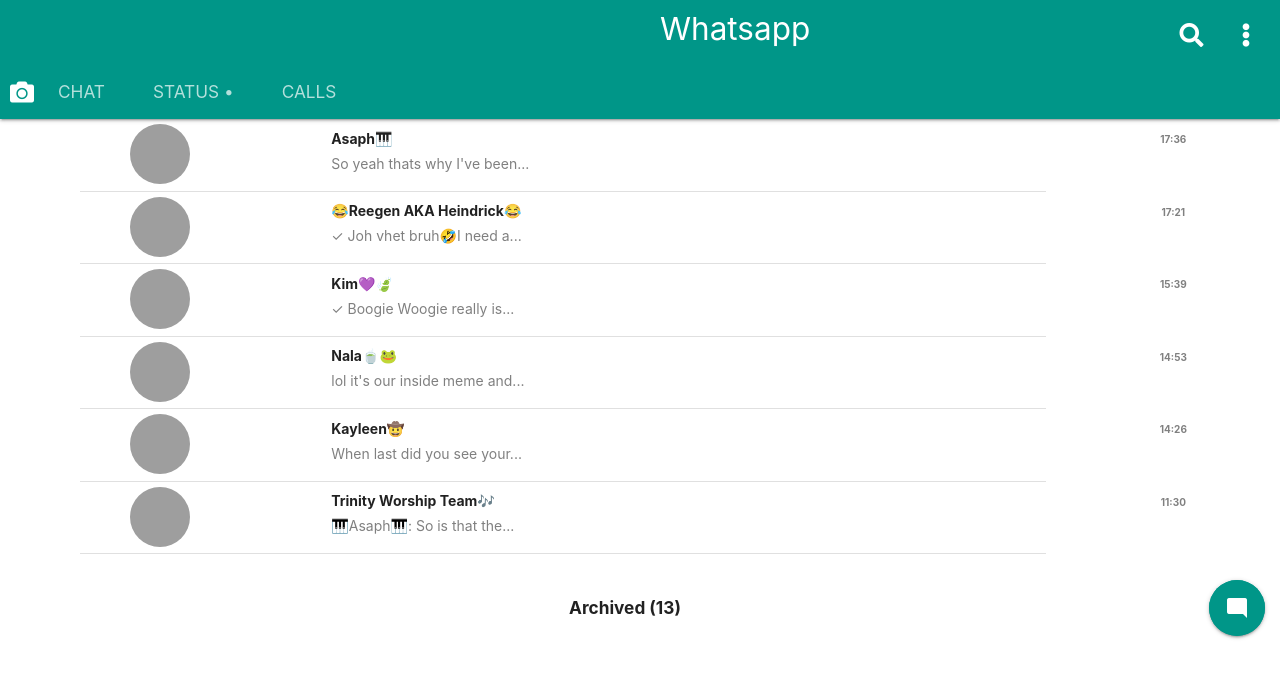
Repository: Ajtheult/Whatsapp_recreation
Page: /calls
The author's editor kept a copy of each file at every save. The page is drawn from the files as they stood at one save, then again after the next save.
The browser window is 1280 px wide. The pictures show the whole page.
Pictures or frames that could not be fetched are drawn as grey boxes. The project was rebuilt for these pictures with package versions that can differ from the ones it lists, and the page was loaded fresh each time. Also part of the build but not shown: src/components/layout/pages/ChatMenu.js, src/components/layout/pages/StatusMenu.js, src/components/layout/pages/preapp/LandingPage.js.

Above is the page before, as saved 2020-08-03 10:36:29.

### public/index.html
<!DOCTYPE html>
<html lang="en">
  <head>
    <meta charset="utf-8" />
    <link rel="icon" href="%PUBLIC_URL%/favicon.ico" />
    <meta name="viewport" content="width=device-width, initial-scale=1" />
    <meta name="theme-color" content="#000000" />
    <meta
      name="description"
      content="Web site created using create-react-app"
    />
    <link
      rel="stylesheet"
      href="https://use.fontawesome.com/releases/v5.7.2/css/all.css"
      integrity="sha384-fnmOCqbTlWIlj8LyTjo7mOUStjsKC4pOpQbqyi7RrhN7udi9RwhKkMHpvLbHG9Sr"
      crossorigin="anonymous"
    />
    <link
      href="https://fonts.googleapis.com/icon?family=Material+Icons"
      rel="stylesheet"
    />
    <script src="https://cdnjs.cloudflare.com/ajax/libs/materialize/1.0.0/js/materialize.min.js"></script>

    <link rel="manifest" href="%PUBLIC_URL%/manifest.json" />

    <title>Whatsapp App</title>
  </head>
  <body>
    <noscript>You need to enable JavaScript to run this app.</noscript>
    <div id="root"></div>
  </body>
</html>

### src/index.js
import React from "react";
import ReactDOM from "react-dom";
import "materialize-css/dist/css/materialize.min.css";
import App from "./App";

ReactDOM.render(
  <React.StrictMode>
    <App />
  </React.StrictMode>,
  document.getElementById("root")
);

### src/App.js
import React from "react";
import ChatMenu from "./components/layout/pages/ChatMenu";
import StatusMenu from "./components/layout/pages/StatusMenu";
import CallMenu from "./components/layout/pages/CallMenu";
import LandingPage from "./components/layout/pages/preapp/LandingPage";
import { BrowserRouter as Router, Switch, Route } from "react-router-dom";
import "./App.css";

function App() {
  return (
    <Router>
      <div className="App">
        <Switch>
          <Route exact path="/" component={LandingPage} />
          <Route path="/chat" component={ChatMenu} />
          <Route path="/status" component={StatusMenu} />
          <Route path="/calls" component={CallMenu} />
        </Switch>
      </div>
    </Router>
  );
}

export default App;

### src/components/layout/pages/CallMenu.js
import React, { useState } from "react";
import Navbar from "../navbar/Navbar";
import { Link } from "react-router-dom";
import "../../../App.css";
const CallMenu = () => {
  const [contacts] = useState([
    {
      img:
        "https://scontent.fcpt7-1.fna.fbcdn.net/v/t1.0-9/106269353_921949158282689_2965407331543375300_n.jpg?_nc_cat=101&_nc_sid=730e14&_nc_ohc=LtsdmLQqirkAX8xdEQS&_nc_ht=scontent.fcpt7-1.fna&oh=8d6c4155d2143c2f96fc2819c02f45ea&oe=5F4C0589",
      name: "Asaph🎹",
      message: "So yeah thats why I've been...",
      time: "17:36",
    },
    {
      img:
        "https://scontent.fcpt7-1.fna.fbcdn.net/v/t1.0-9/116707589_942788272865444_6787909632624596434_n.jpg?_nc_cat=105&_nc_sid=8bfeb9&_nc_ohc=HgV5qHSEVm0AX8XvP1B&_nc_ht=scontent.fcpt7-1.fna&oh=73ad4663ca58cb26d83f1aa79b9813db&oe=5F4CB6B6",
      name: "😂Reegen AKA Heindrick😂",
      message: "✓ Joh vhet bruh🤣I need a...",
      time: "17:21",
    },
    {
      img:
        "https://scontent.fcpt7-1.fna.fbcdn.net/v/t1.0-9/116686514_942788292865442_1099744020463292871_n.jpg?_nc_cat=100&_nc_sid=8bfeb9&_nc_ohc=7YrcIBYlA4oAX_8YBwD&_nc_ht=scontent.fcpt7-1.fna&oh=6064303e42f695ce8e5785a71af9fa3d&oe=5F4CBD3B",
      name: "Kim💜🍃",
      message: "✓ Boogie Woogie really is...",
      time: "15:39",
    },
    {
      img:
        "https://scontent.fcpt7-1.fna.fbcdn.net/v/t1.0-9/116914428_942788286198776_8862159367019768073_n.jpg?_nc_cat=104&_nc_sid=8bfeb9&_nc_ohc=xCaClC3c-s4AX-cYpKL&_nc_ht=scontent.fcpt7-1.fna&oh=d9c9f24a21faefe58886e688cf40ba21&oe=5F4AF1A6",
      name: "Nala🍵🐸",
      message: "lol it's our inside meme and...",
      time: "14:53",
    },
    {
      img:
        "https://scontent.fcpt7-1.fna.fbcdn.net/v/t1.0-9/116721653_942788282865443_1702655637001663442_n.jpg?_nc_cat=105&_nc_sid=8bfeb9&_nc_ohc=8Vv0jOKlAsIAX_PSI0r&_nc_ht=scontent.fcpt7-1.fna&oh=0cef53b374c2ba60ec66516ae3fb1cf7&oe=5F4AD372",
      name: "Kayleen🤠",
      message: "When last did you see your...",
      time: "14:26",
    },
    {
      img:
        "https://cdn.pixabay.com/photo/2017/08/27/22/29/abstract-2687792_960_720.png",
      name: "Trinity Worship Team🎶",
      message: "🎹Asaph🎹: So is that the...",
      time: "11:30",
    },
  ]);
  return (
    <div>
      <Navbar />

      {/* Chats-Try to implement state */}
      <div className="row">
        {contacts.map((contact, idx) => (
          <div key={idx}>
            <div className="col s3">
              <img
                className="profile_pictures"
                src={contact.img}
                alt={contact.name}
              />
            </div>
            <div className="col s7 chat_menu_text">
              <h6 className="contact_name_cm">{contact.name}</h6>
              <p className="contact_menu_messages">{contact.message}</p>
            </div>
            <div className="col s2 cm_time">{contact.time}</div>
            <div className="divider decrease_height" />
          </div>
        ))}
      </div>

      {/* Bottom of page */}

      <h6 className="move_message_icon_in_chat_menu">
        <p className="make_archive_bold">Archived (13)</p>
        <Link to="#contacts">
          <button className="btn-floating btn-large waves-effect waves-light teal right move_contact_icon_abit_up pulse">
            <i className="material-icons">mode_comment</i>
          </button>
        </Link>
      </h6>
    </div>
  );
};

export default CallMenu;

### src/App.css
.App {
  text-align: center;
}

.move_logo_of_whatsapp {
  margin-left: 20px;
  pointer-events: none;
}

.move_camera_icon {
  margin-top: 9px;
  margin-left: 10px;
}

.move_top_nav_icons_down {
  margin-top: 3px;
}

.width_of_dropdown {
  width: 300px;
}

.disabled {
  pointer-events: none;
  opacity: 0.6;
}

.move_message_icon_in_chat_menu {
  margin-left: -30px;
  margin-top: 45px;
  /* I will have to adjust the top after inserting the grid on top */
}

.move_message_icon_in_status_menu_small {
  margin-right: 25px;
  margin-top: -85px;
  /* I will have to adjust the top after inserting the grid on top */
}
.move_message_icon_in_status_menu_big {
  margin-top: -35px;
  margin-right: 12px;
  /* I will have to adjust the top after inserting the grid on top */
}

.move_contact_icon_abit_up {
  margin-right: 15px;
  margin-top: -55px;
}

.make_archive_bold {
  font-weight: bold;
}

.profile_pictures {
  width: 60px;
  height: 60px;
  border-radius: 50%;
  margin-top: 5px;
}

.decrease_height {
  margin-top: -20px;
  width: 75.5%;
  margin-left: 80px;
}

.increase_height_status {
  margin-top: 1.5px;
  height: 20px;
  width: 100%;
}

.my_profile_picture_status {
  width: 60px;
  height: 60px;
  border-radius: 50%;
  padding: 1px;
  border: 4px solid rgb(68, 214, 68);
  margin-top: 5px;
}

.profile_picture_status {
  width: 60px;
  height: 60px;
  border-radius: 50%;
  padding: 1px;
  border: 4px dashed rgb(68, 214, 68);
  margin-top: 5px;
}

.viewed_status {
  width: 60px;
  height: 60px;
  border-radius: 50%;
  padding: 1px;
  border: 4px solid grey;
  margin-top: 5px;
}

.move_recent_updates {
  text-align: left;
  margin-top: -1px;
  margin-left: 10px;
}
.chat_menu_text {
  text-align: left;
}

.contact_menu_messages {
  font-size: 14px;
  margin-top: 0px;
  color: gray;
}

.contact_name_cm {
  font-weight: bold;
  font-size: 14px;
}

.cm_time {
  margin-top: 13px;
  font-weight: bold;
  font-size: 10px;
  color: gray;
}

img.bg {
  /* Set rules to fill background */
  min-height: 100%;
  min-width: 1024px;

  /* Set up proportionate scaling */
  width: 100%;
  height: auto;

  /* Set up positioning */
  position: fixed;
  top: 0;
  left: 0;
  z-index: -1;
}

div.admin-bg {
  /* Set rules to fill background */
  min-height: 100%;
  min-width: 1024px;

  /* Set up proportionate scaling */
  width: 100%;
  height: auto;

  /* Set up positioning */
  position: fixed;
  top: 0;
  left: 0;
  z-index: -1;
  background-color: black;
}

@media screen and (max-width: 1024px) {
  /* Specific to this particular image */
  img.bg {
    left: 50%;
    margin-left: -512px; /* 50% */
  }

  div.admin-bg {
    left: 50%;
    margin-left: -512px; /* 50% */
  }
}

.move_this_modal {
  margin-right: 30px;
  margin-top: 400px;
}

.move_ellipsis {
  margin-top: 20px;
  margin-left: 20px;
  font-size: 25px;
}

### src/components/layout/navbar/Navbar.js
import React, { Component } from "react";
import { Link } from "react-router-dom";
import M from "materialize-css/dist/js/materialize.min.js";

export class Navbar extends Component {
  componentDidMount() {
    document.addEventListener("DOMContentLoaded", function () {
      var elems = document.querySelectorAll(".dropdown-trigger");
      //eslint-disable-next-line
      var instances = M.Dropdown.init(elems, {});
    });
  }
  render() {
    return (
      <div>
        <nav className="nav-extended teal">
          <div className="nav-wrapper">
            <h6 className="brand-logo left move_logo_of_whatsapp">Whatsapp</h6>

            <ul id="nav-mobile" className="right move_top_nav_icons_down">
              <li>
                <i className="fas fa-search"></i>
                &nbsp; &nbsp; &nbsp; &nbsp; &nbsp;
              </li>
              <li>
                <i
                  className="fas fa-ellipsis-v dropdown-trigger "
                  data-target="dropdown1"
                />
                &nbsp; &nbsp; &nbsp; &nbsp;
              </li>
              <ul id="dropdown1" className="dropdown-content width_of_dropdown">
                <li className="disabled">
                  <a href="#!" className="waves-effect waves-light">
                    New Group
                  </a>
                </li>
                <li className="disabled">
                  <a href="#!" className="waves-effect waves-light">
                    New broadcast
                  </a>
                </li>
                <li className="disabled">
                  <a href="#!" className="waves-effect waves-light">
                    WhatsApp Web
                  </a>
                </li>
                <li className="disabled">
                  <a href="#!" className="waves-effect waves-light">
                    <h6>Starred messages</h6>
                  </a>
                </li>
                <li className="disabled">
                  <a href="#!" className="waves-effect waves-light">
                    <h6>Settings</h6>
                  </a>
                </li>
              </ul>
            </ul>
          </div>
          <div className="nav-content">
            <ul className="tabs tabs-transparent">
              <li>
                <i className="fas fa-camera move_camera_icon" />
              </li>
              <li className="tab">
                <Link to="/chat">
                  <h6>Chat</h6>
                </Link>
              </li>
              <li className="tab">
                <Link to="/status">
                  <h6>Status • </h6>
                </Link>
              </li>
              <li className="tab">
                <Link to="/calls">
                  <h6>Calls</h6>
                </Link>
              </li>
            </ul>
          </div>
        </nav>
      </div>
    );
  }
}

export default Navbar;

After the next save:
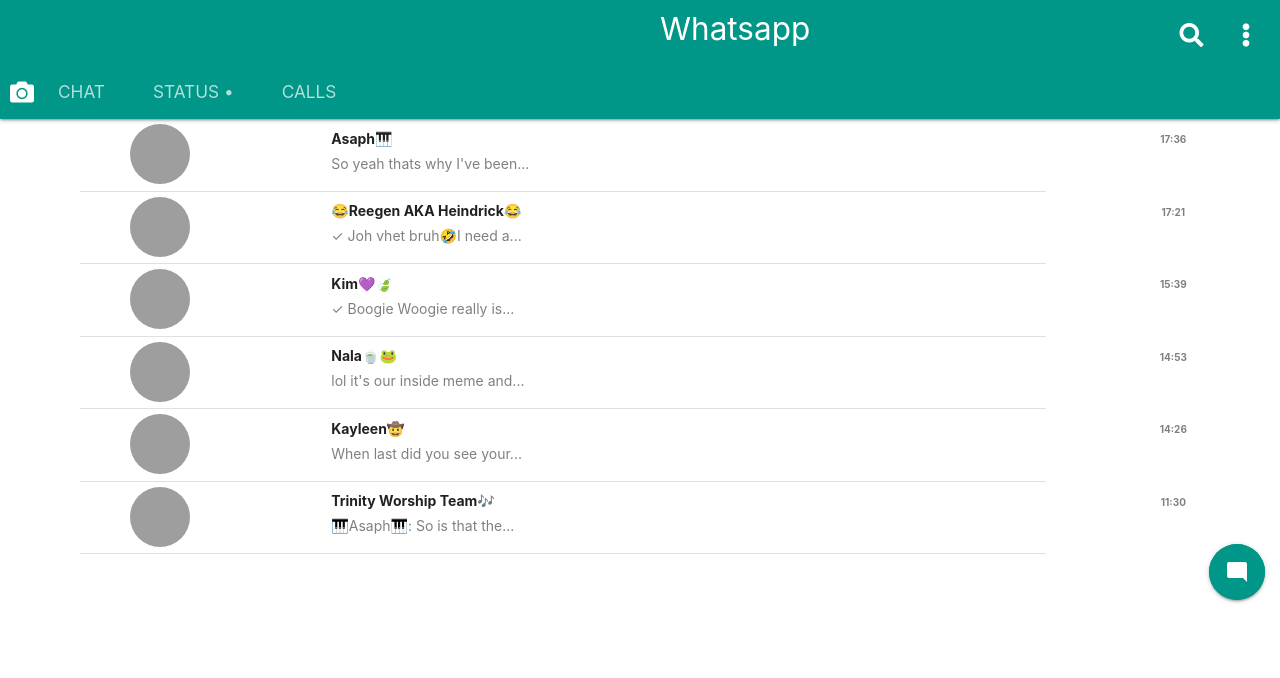
Saved 30 s later.
--- a/src/components/layout/pages/CallMenu.js
+++ b/src/components/layout/pages/CallMenu.js
@@ -75,7 +75,6 @@
       {/* Bottom of page */}
 
       <h6 className="move_message_icon_in_chat_menu">
-        <p className="make_archive_bold">Archived (13)</p>
         <Link to="#contacts">
           <button className="btn-floating btn-large waves-effect waves-light teal right move_contact_icon_abit_up pulse">
             <i className="material-icons">mode_comment</i>
